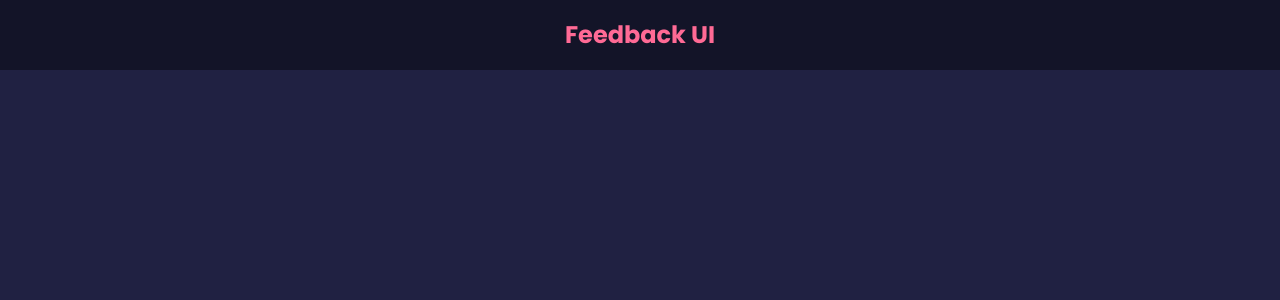
Repository: minhtien9/Feedback_App
Page: /
The author's editor kept a copy of each file at every save. The page is drawn from the files as they stood at one save, then again after the next save.
The browser window is 1280 px wide. The pictures show the whole page.
The project was rebuilt for these pictures with package versions that can differ from the ones it lists, and the page was loaded fresh each time.

Above is the page before, as saved 2022-02-17 18:12:19.

After the next save:
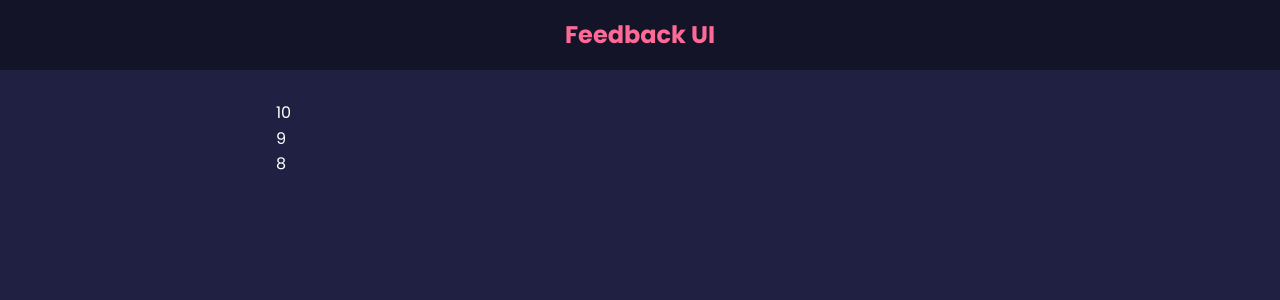
Saved 48 s later.
--- a/src/components/FeedbackList.jsx
+++ b/src/components/FeedbackList.jsx
@@ -5,7 +5,13 @@ FeedbackList.propTypes = {}
 
 function FeedbackList({ feedback }) {
     if (!feedback || feedback.length === 0) return <p>No Feedback Yet</p>
-    return <div></div>
+    return (
+        <div className='feedback-list'>
+            {feedback.map((item) => (
+                <div>{item.rating}</div>
+            ))}
+        </div>
+    )
 }
 
 export default FeedbackList
